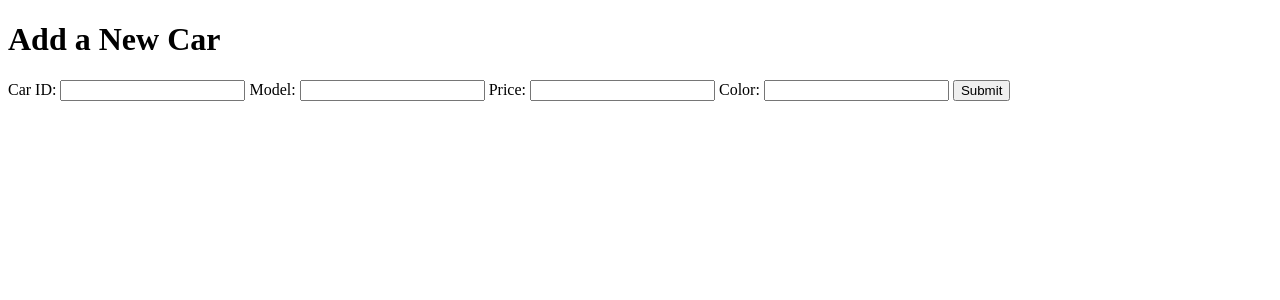
Repository: akshayambulgekar/TrainingProject
Page: Cars/Cars/src/main/resources/static/index.html
These files come from the project's save history. The page is drawn as it stood at one moment and after the next save; the edit follows.
The browser window is 1280 px wide. The pictures show the whole page.

Above is the page before, as saved 2023-07-24 09:09:48.

After the next save:
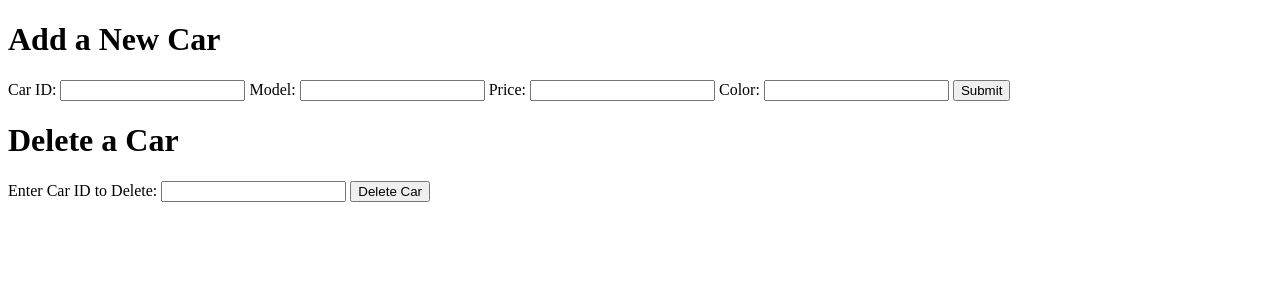
Saved 3 min 58 s later.
--- a/Cars/Cars/src/main/resources/static/index.html
+++ b/Cars/Cars/src/main/resources/static/index.html
@@ -25,7 +25,12 @@
     </form>
 
 
-
+    <h1>Delete a Car</h1>
+    <form id="deleteForm" action="/api/cars" method="delete">
+        <label for="carIdToDelete">Enter Car ID to Delete:</label>
+        <input type="number" id="carIdToDelete" name="carIdToDelete" required>
+        <button id="deleteButton" type="button">Delete Car</button>
+    </form>
 
     <script>
     document.getElementById("carForm").addEventListener("submit", function (event) {
